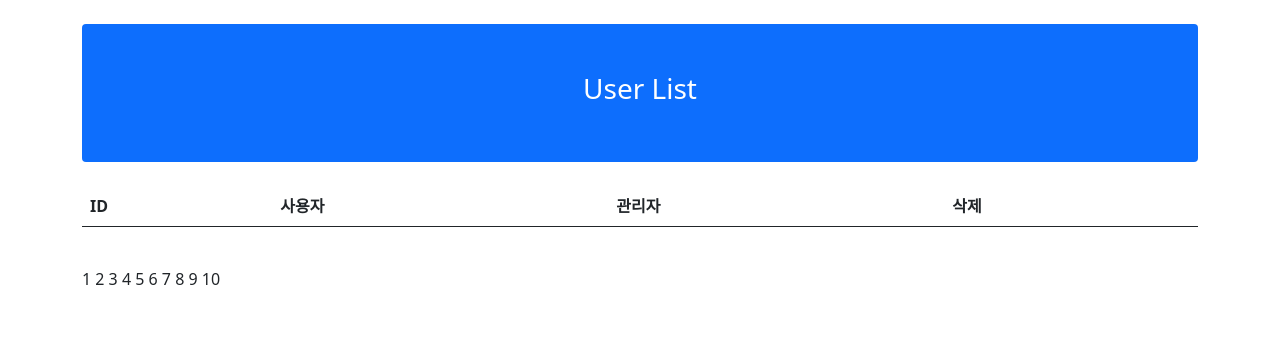
Repository: juhee1020/studying
Page: http://localhost/lec03_mvc/user/user_list.jsp
An editor plug-in stored every save of this project. The page is shown before and after the next save, followed by the edit.
The browser window is 1280 px wide. The pictures show the whole page.
Some web libraries are served in a nearby version. The page is served by Tomcat 9. Nobody is signed in. The application's start-up code is not run.

Above is the page before, as saved 2022-12-28 05:25:24.

After the next save:
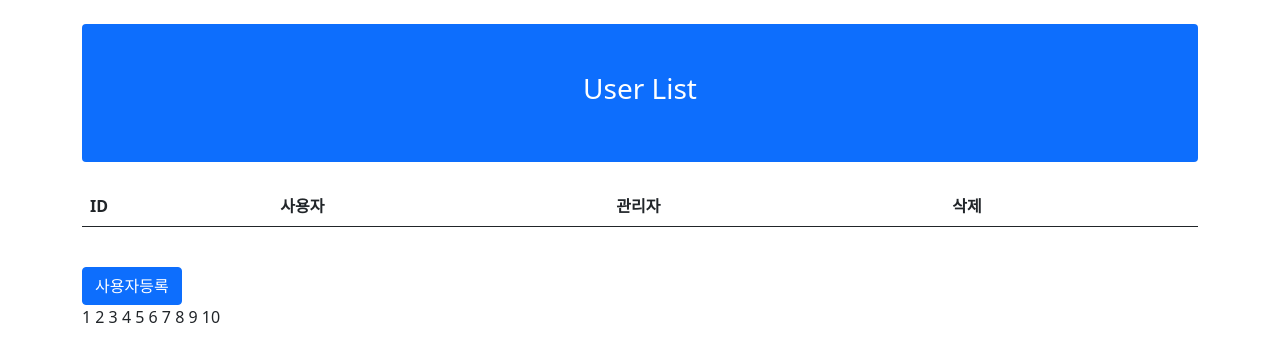
Saved 2 min 41 s later.
--- a/Spring/lec03_mvc/src/main/webapp/user/user_list.jsp
+++ b/Spring/lec03_mvc/src/main/webapp/user/user_list.jsp
@@ -49,6 +49,12 @@
 	<br>
 
 	<div class="container">
+		<div class="row">
+			<div class="col-sm-2">
+				<!-- button trigger model from - user add -->
+				<button type="button" class="btn btn-primary" data-bs-toggle="modal" data-bs-target="#addUser">사용자등록</button>
+			</div>
+		</div>
 		1 2 3 4 5 6 7 8 9 10
 	</div>
 </body>
